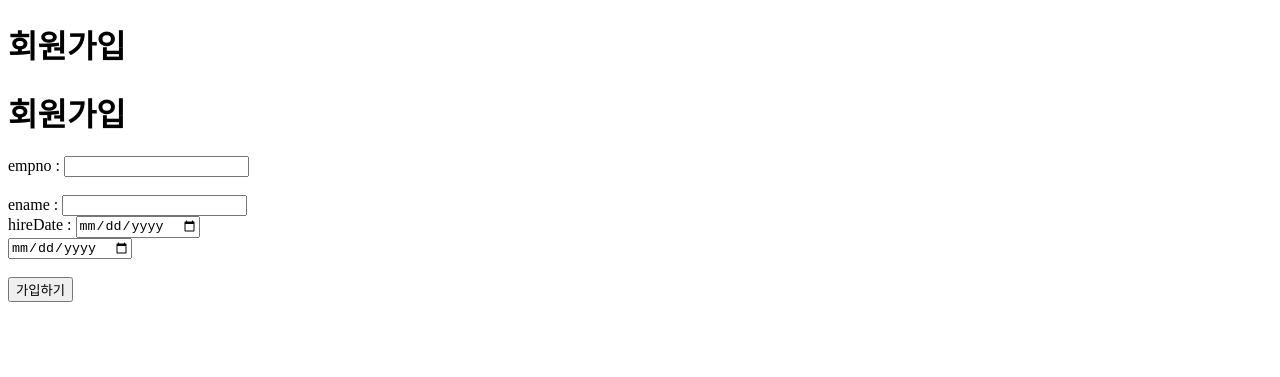
Repository: polikiki/Connor-s-team-projectt
Page: http://localhost/proj6_myBatis/emp0?cmd=join
These files come from the project's save history. The page is drawn as it stood at one moment and after the next save; the edit follows.
The browser window is 1280 px wide. The pictures show the whole page.
The page is served by Tomcat 9. Other server files are loaded and not shown.

Above is the page before, as saved 2024-09-20 01:20:53.

### workspace_java/proj6_myBatis/src/main/webapp/WEB-INF/views/empjoin.jsp
<%@ page language="java" contentType="text/html; charset=UTF-8"
    pageEncoding="UTF-8"%>
 <%@ taglib prefix="c" uri="http://java.sun.com/jsp/jstl/core" %>
<%@ taglib prefix="fmt" uri="http://java.sun.com/jsp/jstl/fmt" %>
<%@ taglib prefix="fn" uri="http://java.sun.com/jsp/jstl/functions" %>


<!DOCTYPE html>
<html>
<head>
<meta charset="UTF-8">
<title>Insert title here</title>
</head>
<body>
<%-- <c:if test="${cmd == "detail"}"> --%>
<!-- <h1>회원상세</h1> -->
<%-- </c:if> --%>

<c:choose>
	<c:when test='${cmd == "detail"}'>
		<h1>회원상세</h1>
	</c:when>
	<c:otherwise>
		<h1>회원가입</h1>
	</c:otherwise>
</c:choose>

<h1>회원가입</h1>

<form method="post" action="emp0">
	empno :
		<c:choose>
		<c:when test='${cmd == "detail"}'>
			${empDTP.empno}
		</c:when>
		<c:otherwise>
			<input type="text" name="empno"><br>
		</c:otherwise>
	</c:choose>
	<br>
	ename :
		<c:choose>
		<c:when test='${cmd == "detail"}'>
			${empDTP.ename}
		</c:when>
		<c:otherwise>
			<input type="text" name="ename"><br>
		</c:otherwise>
</c:choose>
	hireDate :
		<c:choose>
		<c:when test='${cmd == "detail"}'>
			${empDTP.ename}
		</c:when>
		<c:otherwise>
			<input type="date" name="hiredate"><br>
		</c:otherwise>
</c:choose>
	<input type="date" name="hireDate"><br>
	<br>
	<input type="submit" value="가입하기">
</form>
</body>
</html>

### workspace_java/proj6_myBatis/src/main/java/emp/crud/Emp0Servlet.java
package emp.crud;

import java.io.IOException;
import java.sql.Date;
import java.util.List;

import javax.servlet.ServletException;
import javax.servlet.annotation.WebServlet;
import javax.servlet.http.HttpServlet;
import javax.servlet.http.HttpServletRequest;
import javax.servlet.http.HttpServletResponse;

@WebServlet("/emp0")
public class Emp0Servlet extends HttpServlet {
	private static final long serialVersionUID = 1L;

	private boolean _DEBUG = true;

	protected void doGet(HttpServletRequest request, HttpServletResponse response) throws ServletException, IOException {

		String cmd = request.getParameter("cmd");
		EmpDAO empDAO = new EmpDAO();

		if(cmd == null) {

		List<EmpDTO> emplist = empDAO.selectEmp();

		request.setAttribute("emplist", emplist);

		request.getRequestDispatcher("/WEB-INF/views/emp.jsp").forward(request, response);
		}else if("join".equals(cmd)){

			request.getRequestDispatcher("/WEB-INF/views/empjoin.jsp").forward(request, response);
		}else if("edit".equals(cmd)) {

			// pk인 empno 확보
			String strEmpno = request.getParameter("empno");

			try {
				int empno = Integer.parseInt(strEmpno);

				// 특정 회원 정보 조회
				EmpDTO empDTO = empDAO.selectOneEmp(empno);
				// 정보를 request에 담아서
				request.setAttribute("empDTO", empDTO);
				request.setAttribute("cmd", "edit");
				// 상세 정보 페이지로 이동
				request.getRequestDispatcher("/WEB-INF/views/empjoin.jsp").forward(request, response);

			}catch (Exception e) {
				e.printStackTrace();
			}

		}

	}


	protected void doPost(HttpServletRequest request, HttpServletResponse response) throws ServletException, IOException {

		request.setCharacterEncoding("utf-8");
		response.setContentType("text/html; charset=utf-8;");

		String strEmpno = request.getParameter("empno");
		String ename = request.getParameter("ename");
		String strHireDate = request.getParameter("hireDate"); // 2024-09-19


		try {
			int empno = Integer.parseInt(strEmpno);

			EmpDTO empDTO = new EmpDTO();
			empDTO.setEmpno(empno);


			// delete 실행

			EmpDAO empDAO = new EmpDAO();
			int result = empDAO.DeleteEmp(empDTO);
			System.out.println("삭제 결과 :"+ result);

		}catch (Exception e) {
			if(_DEBUG) {
				e.printStackTrace();
			}
		}

		try {
			int empno = Integer.parseInt(strEmpno);
			Date hireDate = Date.valueOf(strHireDate);

			EmpDTO empDTO = new EmpDTO();
			empDTO.setEmpno(empno);
			empDTO.setEname(ename);
			empDTO.setHireDate(hireDate);

			// insert 실행

			EmpDAO empDAO = new EmpDAO();
			int result = empDAO.insertEmp(empDTO);
			System.out.println("회원 가입 결과 :"+ result);

		}catch (Exception e) {
			if(_DEBUG) {
				e.printStackTrace();
			}
		}
		response.sendRedirect("emp0");
	}


	protected void doDelete(HttpServletRequest request, HttpServletResponse response) throws ServletException, IOException {

	}

	protected void doPut(HttpServletRequest request, HttpServletResponse response) throws ServletException, IOException {



	}

}

### workspace_java/proj6_myBatis/src/main/java/emp/crud/EmpDAO.java
package emp.crud;

import java.io.Reader;
import java.util.List;
import java.util.Map;

import org.apache.ibatis.io.Resources;
import org.apache.ibatis.session.SqlSession;
import org.apache.ibatis.session.SqlSessionFactory;
import org.apache.ibatis.session.SqlSessionFactoryBuilder;

import emp.crud.EmpDTO;

public class EmpDAO {

	private  SqlSessionFactory sqlMapper = null;

    public  SqlSessionFactory getInstance() {
        if(sqlMapper == null) {
        	// DB 접속
        	// 자동 커밋 : sqlMapper.openSession()
        	// 수동 커밋 : sqlMapper.openSession(false)
            try {
                String res = "mybatis/SqlMapConfig.xml";
                Reader reader = Resources.getResourceAsReader(res);

                SqlSessionFactoryBuilder ssfb = new SqlSessionFactoryBuilder();
                sqlMapper = ssfb.build(reader);

                reader.close();
            }catch (Exception e) {
                e.printStackTrace();
            }
        }

        return sqlMapper;
    }

    public List<EmpDTO> selectEmp() {
    	List<EmpDTO> empList = null;

    	// SqlMapConfig.xml을 읽어옴
    	sqlMapper = getInstance();
    	if(sqlMapper != null) {

    		// DB 접속
        	SqlSession sqlSession = sqlMapper.openSession(true);

        	empList = sqlSession.selectList("mapper.emp.selectAllEmp");
        	System.out.println("empList.size :" + empList.size());
    	} else {
    		System.out.println("DB 접속 실패");
    	}

    	return empList;
    }



    public int insertEmp(EmpDTO empDTO) {
    	int result = -1;

    	// SqlMapConfig.xml을 읽어옴
    	sqlMapper = getInstance();
    	if(sqlMapper != null) {

    		// DB 접속
    		// 자동 커밋 : sqlMapper.openSession()
    		// 수동 커밋 : sqlMapper.openSession(false)
        	SqlSession sqlSession = sqlMapper.openSession(true);

        	try {
        		System.out.println(empDTO);
        		result = sqlSession.update("mapper.emp.param.insertEmp", empDTO);
        	}catch (Exception e) {
        		e.printStackTrace();
			}
    	} else {
    		System.out.println("DB 접속 실패");
    	}

    	return result;
    }

    public int DeleteEmp(EmpDTO empDTO) {
    	int result = -1;

    	// SqlMapConfig.xml을 읽어옴
    	sqlMapper = getInstance();
    	if(sqlMapper != null) {

    		// DB 접속
        	SqlSession sqlSession = sqlMapper.openSession(true);

        	try {
        		System.out.println(empDTO);
        		result = sqlSession.delete("mapper.emp.param.deleteEmp", empDTO);
        	}catch (Exception e) {
        		e.printStackTrace();
			}
    	} else {
    		System.out.println("DB 접속 실패");
    	}

    	return result;
    }

    public EmpDTO selectOneEmp(int empno) {
    	EmpDTO empDTO = null;

    	// SqlMapConfig.xml을 읽어옴
    	sqlMapper = getInstance();
    	if(sqlMapper != null) {

    		// DB 접속
        	SqlSession sqlSession = sqlMapper.openSession();

        	try {
        		empDTO = sqlSession.selectOne("mapper.emp.param.selectOneEmp");
        	}catch (Exception e) {
        		e.printStackTrace();
			}
    	} else {
    		System.out.println("DB 접속 실패");
    	}

    	return empDTO;
    }

}

After the next save:
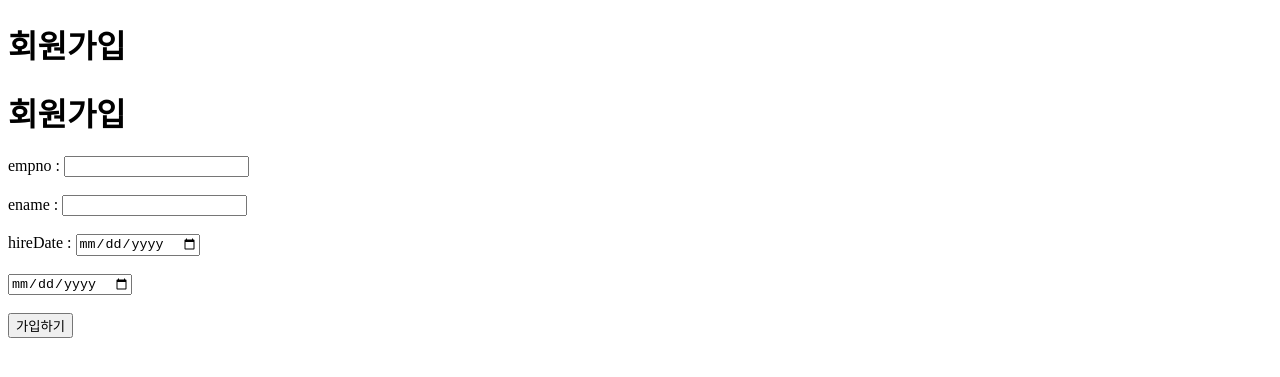
Saved 49 s later.
--- a/workspace_java/proj6_myBatis/src/main/webapp/WEB-INF/views/empjoin.jsp
+++ b/workspace_java/proj6_myBatis/src/main/webapp/WEB-INF/views/empjoin.jsp
@@ -47,15 +47,17 @@
 			<input type="text" name="ename"><br>
 		</c:otherwise>
 </c:choose>
+	<br>
 	hireDate :
 		<c:choose>
 		<c:when test='${cmd == "detail"}'>
-			${empDTP.ename}
+			${empDTP.hiredate}
 		</c:when>
 		<c:otherwise>
 			<input type="date" name="hiredate"><br>
 		</c:otherwise>
 </c:choose>
+	<br>
 	<input type="date" name="hireDate"><br>
 	<br>
 	<input type="submit" value="가입하기">
